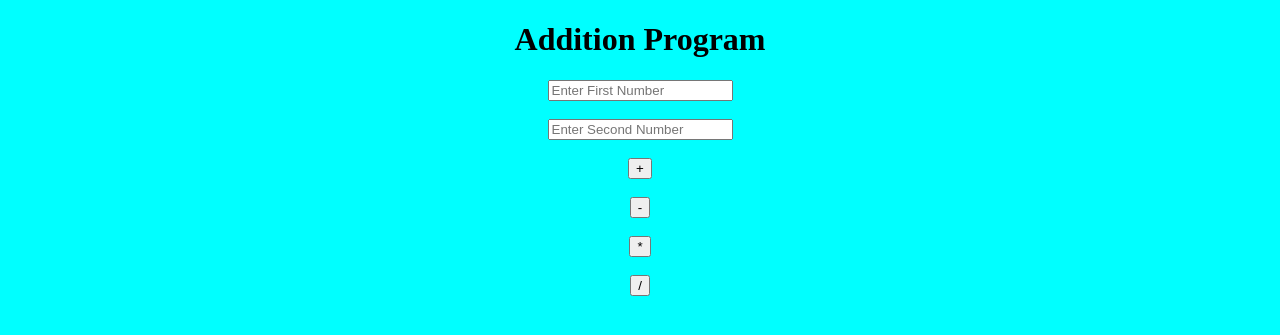
Repository: hrutikgurav2000/Java_Cap_6536
Page: CalculatorUsingJSP/src/main/webapp/HomePageCalc.html
These files come from the project's save history. The page is drawn as it stood at one moment and after the next save; the edit follows.
The browser window is 1280 px wide. The pictures show the whole page.

Above is the page before, as saved 2022-03-21 11:15:37.

After the next save:
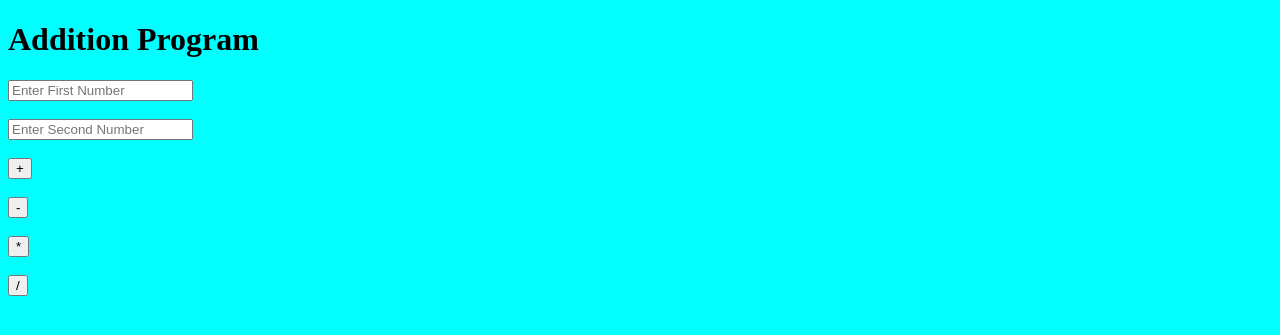
Saved 6 s later.
--- a/CalculatorUsingJSP/src/main/webapp/HomePageCalc.html
+++ b/CalculatorUsingJSP/src/main/webapp/HomePageCalc.html
@@ -5,7 +5,7 @@
 <title>Program on Calculator</title>
 </head>
 <body bgcolor="cyan">
-<center>
+
 <h1>Addition Program </h1>
 <form action="Addser" method="post">
 
